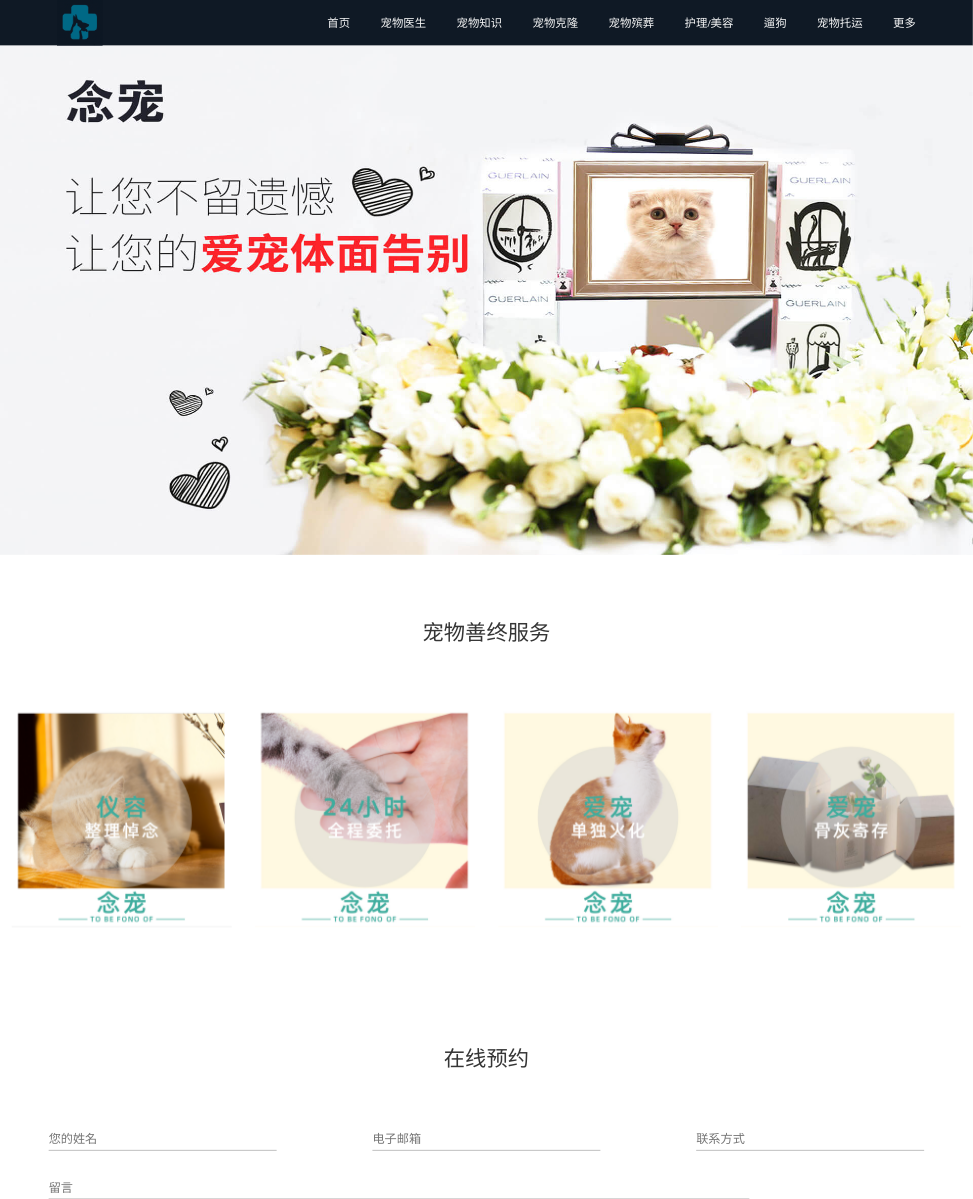
Repository: Sharang-heng/pet-hospital
Page: /petFuneral
These files come from the project's save history. The page is drawn as it stood at one moment and after the next save; the edit follows.
The browser window is 1280 px wide. The pictures show the whole page, at 76% of full size.
The project was rebuilt for these pictures with package versions that can differ from the ones it lists, and the page was loaded fresh each time. Also part of the build but not shown: vue.config.js, src/components/home_short.vue, src/views/HomePage.vue, src/components/footer.vue, src/views/counsel.vue, src/views/doctor.vue, src/views/knowledge.vue, src/views/clone.vue and 10 more. Imported but missing from the stored project, and not drawn on this page: src/assets/video/homepage.mp4.

Above is the page before, as saved 2021-01-13 14:05:40.

After the next save:
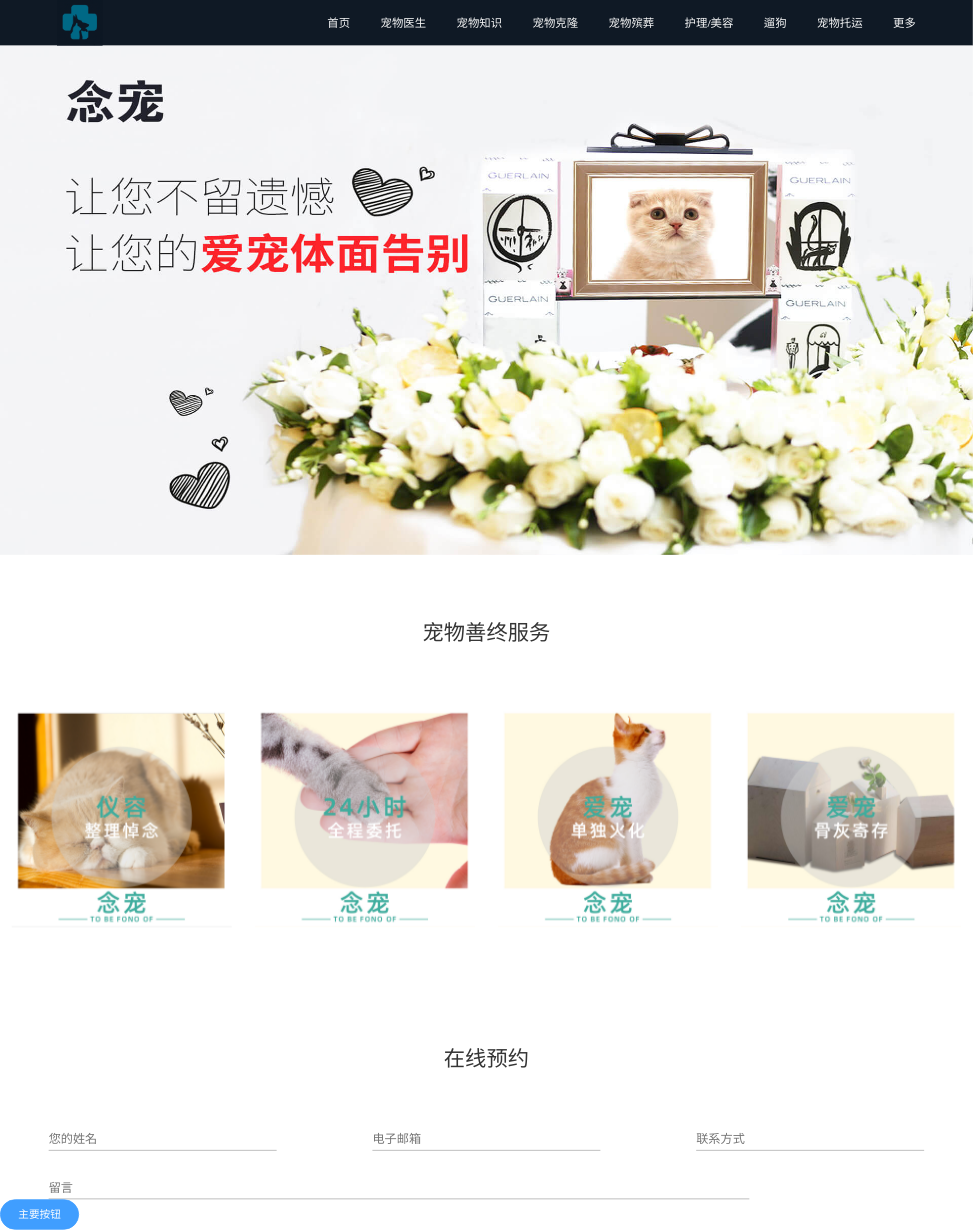
Saved 61 s later.
--- a/src/views/petFuneral.vue
+++ b/src/views/petFuneral.vue
@@ -52,7 +52,7 @@
         />
       </div>
       <div>
-
+        <el-button type="primary" round>主要按钮</el-button>
       </div>
     </div>
   </div>
